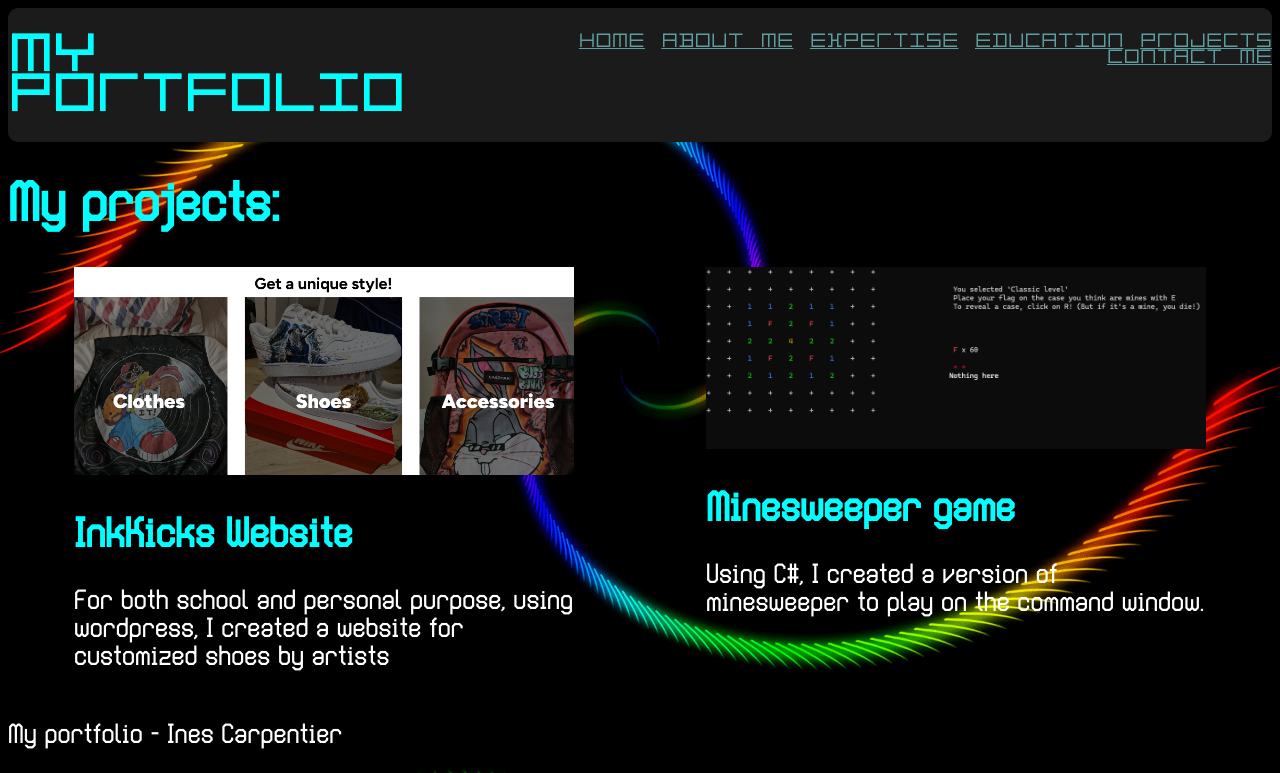
Repository: InsCarp/InsCarp
Page: project.html
The author's editor kept a copy of each file at every save. The page is drawn from the files as they stood at one save, then again after the next save.
The browser window is 1280 px wide. The pictures show the whole page.
Backgrounds fixed to the window are drawn as part of the page.

Above is the page before, as saved 2026-05-08 14:15:54.

### project.html
<!DOCTYPE html>
<html lang="en">
<head>
    <meta charset="UTF-8">
    <meta name="viewport" content="width=device-width, initial-scale=1.0">
    <link rel="icon" href="/assets/images/Logo.svg" type="image/svg" />
    <link rel="stylesheet" href="/styles/globals.css" type="text/css"/>
    <link rel="stylesheet" href="/styles/project.css" type="text/css"/>

    <title>My portfolio - Projects</title>
</head>
<header>
    <h1 id="Title">My portfolio</h1>
    <nav>
        <a href="index.html">Home</a>
        <a href="index.html">About me</a>
        <a href="#Expertise">Expertise</a>
        <a href="#Education">Education</a>
        <a href="project.html">Projects</a> <!--Put my project page here-->
        <a href="#Contact">Contact me</a>
    </nav>
</header>
<body>
    <h1>My projects:</h1>
    <aside>
        <article id="web">
            <a href="" target="myproject">
             <img src="/assets/images/website.png" alt="Image of my website project" id="webimg"/>
            </a>
            <h2>InkKicks Website</h2>
             <p>For both school and personal purpose, using wordpress, I created a website for customized shoes by artists</p>
        </article>
        <article id="csharp">
            <a href="" target="myproject">
             <img src="/assets/images/minesweeper.png" alt="Image of my project" id="mine"/>
            </a>
            <h2>Minesweeper game</h2>
            <p>Using C#, I created a version of minesweeper to play on the command window.</p>

        </article>
    </aside>
</body>
<footer>
    <p>My portfolio - Ines Carpentier</p>
</footer>
</html>

### styles/globals.css
@font-face {
    font-family: Title;
    src: url(/assets/fonts/Y224-2vdae.ttf);
}
@font-face {
    font-family: Portfolio;
    src: url(/assets/fonts/Eightgon-OGn6p.ttf);
}

html{
    font-size:25px;
}

a {
    color:cadetblue;
}

a:visited{
    color:aquamarine;
}
a:hover{
    color:greenyellow;
}
a:active{
    color:yellow;
}

body{
    background-color:rgb(0, 2, 36);
    color:rgb(255, 255, 255);
    background-image: url(../assets/images/back.gif);
    background-size: cover;
    background-repeat: no-repeat;
    background-attachment: fixed;
    font-family: Portfolio;
}




h1, h2{
    color:aqua;

}

h3{
    color:aquamarine;
}


header {

    display: flex;

    flex-direction: row;
    font-family: Title;
    justify-content: space-between;
    background-color:rgb(27, 27, 27);
    border-radius: 10px;
    font-size:0.8rem;


}
nav{
    display:none;
}


@media only screen and (min-width: 800px){
    header {
    display: flex;
    flex-direction: row;
    font-family: Title;
    justify-content: space-between;

}
nav{
    text-align:right;
    display:initial;
    font-size:0.4rem;
    margin-top:8%;


}
}

@media only screen and (min-width: 1200px){
    header {
    display: flex;
    flex-direction: row;
    font-family: Title;
    justify-content: space-between;



}
nav{
    text-align:right;
    display:initial;
    font-size:0.6rem;
    margin-top:2%;



}
}

### styles/project.css
#webimg {
    width: 20rem;
}

#mine{
    width: 20rem;
}

aside{
    display: flex;
    flex-direction: row;
    justify-content: space-around;
}

article {
    width: 20rem;
}

After the next save:
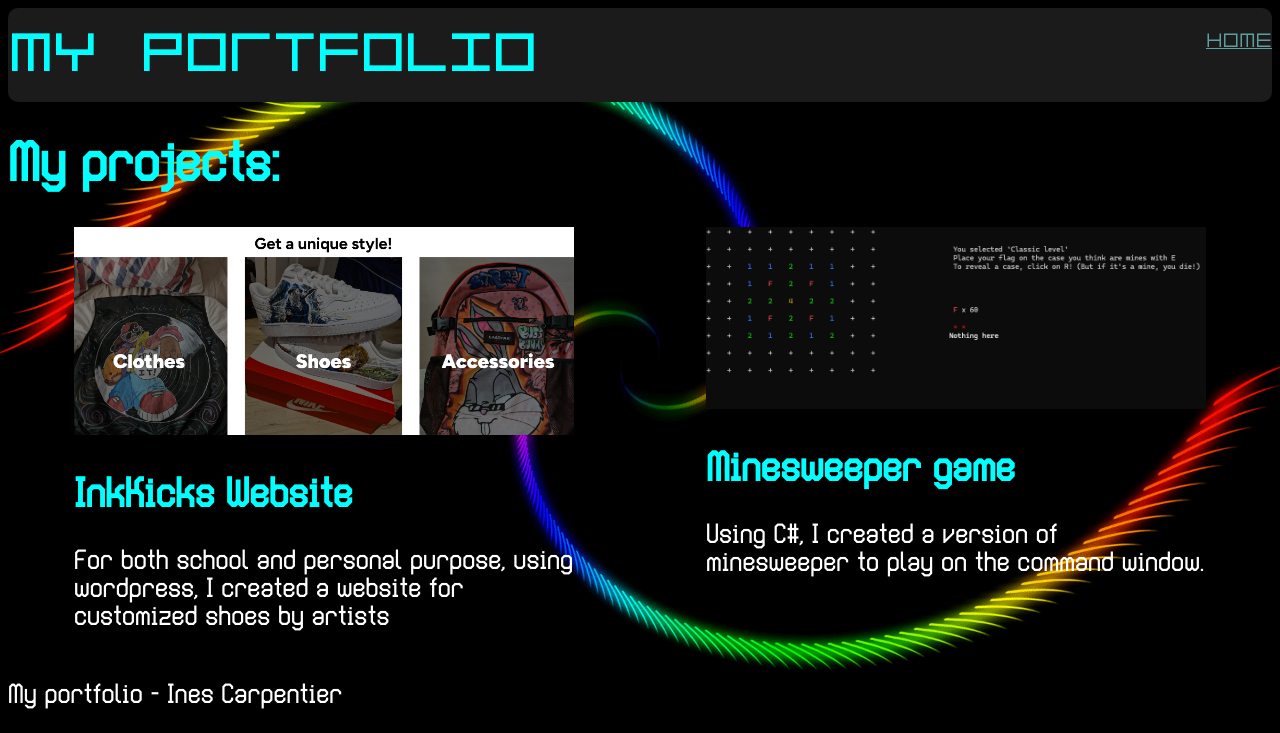
Saved 43 s later.
--- a/project.html
+++ b/project.html
@@ -13,11 +13,7 @@
     <h1 id="Title">My portfolio</h1>
     <nav>
         <a href="index.html">Home</a>
-        <a href="index.html">About me</a>
-        <a href="#Expertise">Expertise</a>
-        <a href="#Education">Education</a>
-        <a href="project.html">Projects</a> <!--Put my project page here-->
-        <a href="#Contact">Contact me</a>
+
     </nav>
 </header>
 <body>
